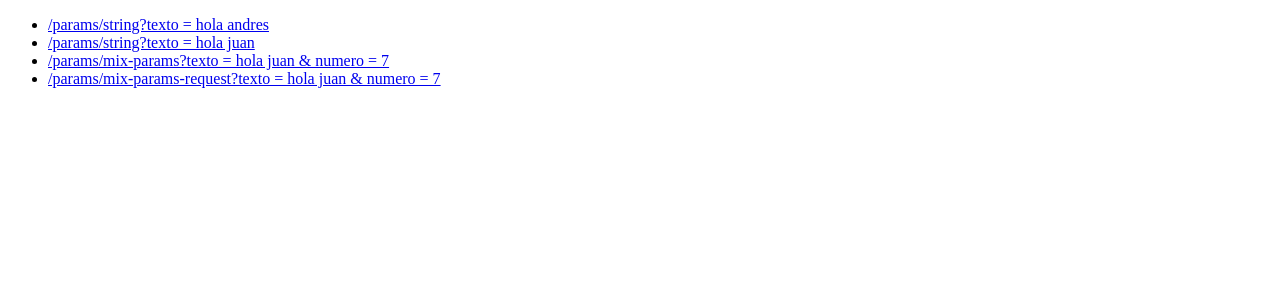
Repository: FrancoFazzito/Spring
Page: http://localhost/Params/index
The author's editor kept a copy of each file at every save. The page is drawn from the files as they stood at one save, then again after the next save.
The browser window is 1280 px wide. The pictures show the whole page.
The page is this project's Thymeleaf template; nobody is signed in. The template is opened directly, without the code that normally fills it, so the values that code supplies are empty.

Above is the page before, as saved 2020-01-02 22:11:53.

After the next save:
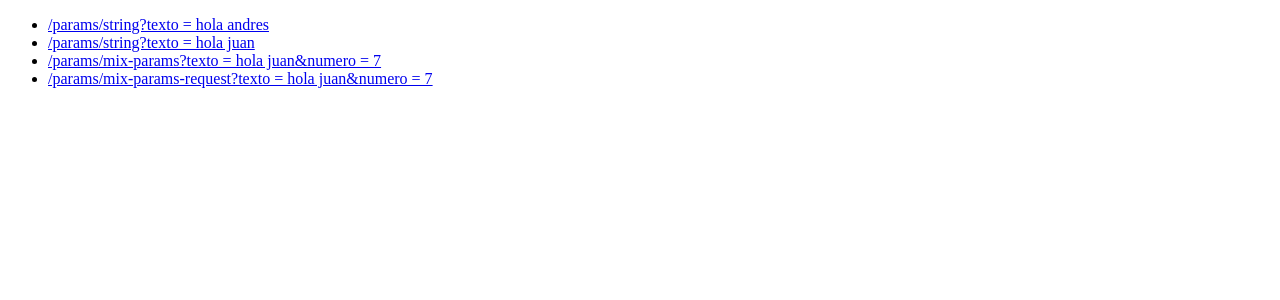
Saved 15 s later.
--- a/spring-boot-primer-proyecto/src/main/resources/templates/Params/index.html
+++ b/spring-boot-primer-proyecto/src/main/resources/templates/Params/index.html
@@ -13,10 +13,10 @@
 		<a th:href="@{/params/string(texto = 'hola juan')}">/params/string?texto = hola juan</a>
 		</li>
 		<li>
-		<a th:href="@{/params/mix-params(texto = 'hola juan', numero = 7 )}">/params/mix-params?texto = hola juan & numero = 7 </a>
+		<a th:href="@{/params/mix-params(texto = 'hola juan', numero = 7 )}">/params/mix-params?texto = hola juan&numero = 7 </a>
 		</li>
 		<li>
-		<a th:href="@{/params/mix-params-request(texto = 'hola juan', numero = 7 )}">/params/mix-params-request?texto = hola juan & numero = 7 </a>
+		<a th:href="@{/params/mix-params-request(texto = 'hola juan', numero = 7 )}">/params/mix-params-request?texto = hola juan&numero = 7 </a>
 		</li>
 	</ul>
 </body>
